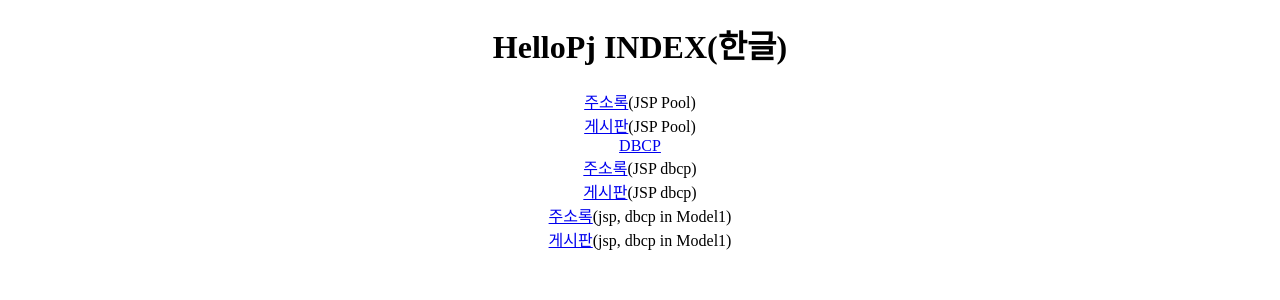
Repository: betweenhj702/Web-App-Server-Practices
Page: http://localhost/MvcPj/
An editor plug-in stored every save of this project. The page is shown before and after the next save, followed by the edit.
The browser window is 1280 px wide. The pictures show the whole page.
The page is served by Tomcat 9. Other server files are loaded and not shown.

Above is the page before, as saved 2020-12-31 01:18:19.

### workspace/MvcPj/WebContent/index.jsp
<%@ page language="java" contentType="text/html; charset=UTF-8"
    pageEncoding="UTF-8"%>
<!DOCTYPE html>
<html>
<head>
<meta charset="UTF-8">
<title>HelloPJ index</title>
</head>
<body>
	<div style="text-align:center">
		   <h1>HelloPj INDEX(한글)</h1>
		   <p>
		   	<a href="addr_jsp_pool/list.jsp">주소록</a>(JSP Pool)<br/>
		   	<a href="sm_jsp_pool/list.jsp">게시판</a>(JSP Pool)<br/>
		   	<a href="hello_dbcp.jsp">DBCP</a><br/>
		   	<a href="addr_jsp_dbcp/list.jsp">주소록</a>(JSP dbcp)<br/>
		   	<a href="sm_jsp_dbcp/list.jsp">게시판</a>(JSP dbcp)<br/>

		   	<a href="addr_mv/list.jsp">주소록</a>(jsp, dbcp in Model1)<br/>
			<a href="sm_mv/list.jsp">게시판</a>(jsp, dbcp in Model1)<br/>
		   </p>
		</div>
</body>
</html>

After the next save:
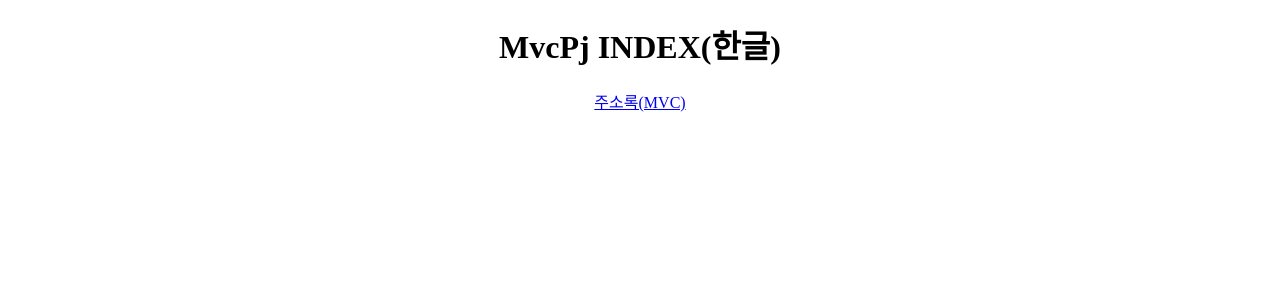
Saved 6 min 6 s later.
--- a/workspace/MvcPj/WebContent/index.jsp
+++ b/workspace/MvcPj/WebContent/index.jsp
@@ -4,21 +4,15 @@
 <html>
 <head>
 <meta charset="UTF-8">
-<title>HelloPJ index</title>
+<title>MvcPj index</title>
 </head>
 <body>
 	<div style="text-align:center">
-		   <h1>HelloPj INDEX(한글)</h1>
-		   <p>
-		   	<a href="addr_jsp_pool/list.jsp">주소록</a>(JSP Pool)<br/>
-		   	<a href="sm_jsp_pool/list.jsp">게시판</a>(JSP Pool)<br/>
-		   	<a href="hello_dbcp.jsp">DBCP</a><br/>
-		   	<a href="addr_jsp_dbcp/list.jsp">주소록</a>(JSP dbcp)<br/>
-		   	<a href="sm_jsp_dbcp/list.jsp">게시판</a>(JSP dbcp)<br/>
+		<h1>MvcPj INDEX(한글)</h1>
+		<p>
+			<a href="addr/list.jsp">주소록(MVC)</a><br/>
 
-		   	<a href="addr_mv/list.jsp">주소록</a>(jsp, dbcp in Model1)<br/>
-			<a href="sm_mv/list.jsp">게시판</a>(jsp, dbcp in Model1)<br/>
-		   </p>
+		</p>
 		</div>
 </body>
 </html>
